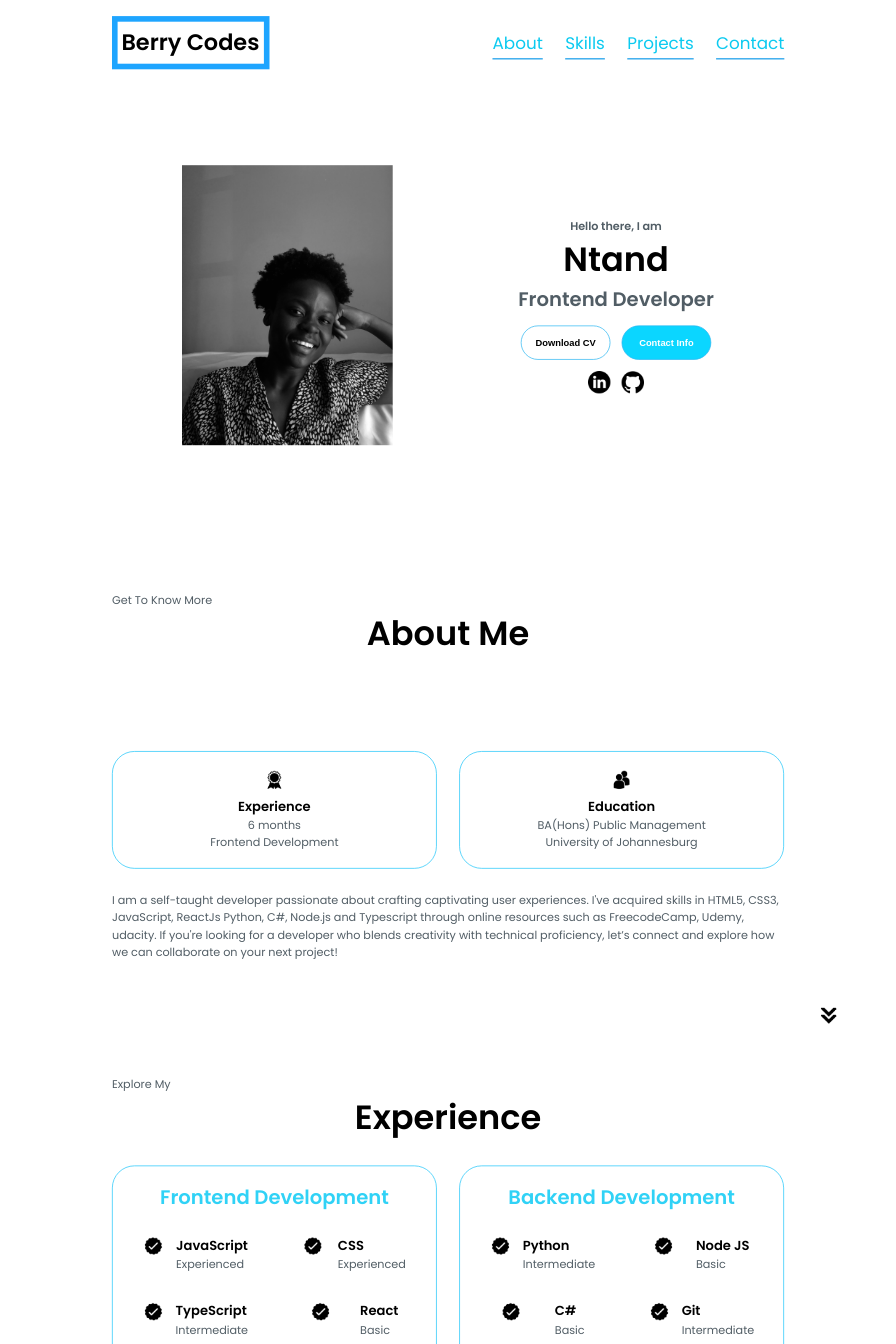
Repository: ntandomagana/FS-Dev-Portfolio
Page: index.html
The author's editor kept a copy of each file at every save. The page is drawn from the files as they stood at one save, then again after the next save.
The browser window is 1280 px wide. The pictures show the part of the page from y = 0 to 1920 px (the page is 3177 px tall before and 3300 px after), at 70% of full size.

Above is the page before, as saved 2024-05-06 11:36:58.

### index.html
<!DOCTYPE html>
<html lang="en">
  <head>
    <meta charset="UTF-8" />
    <meta http-equiv="X-UA-Compatible" content="IE=edge" />
    <meta name="viewport" content="width=device-width, initial-scale=1.0" />
    <title>My Portfolio</title>
    <link rel="stylesheet" href="style.css" />
    <link rel="stylesheet" href="mediaqueries.css" />
  </head>
  <body>
    <nav id="desktop-nav">
      <div class="logo">Berry Codes</div>
      <div>
        <ul class="nav-links">
          <li><a href="#about">About</a></li>
          <li><a href="#experience">Skills</a></li>
          <li><a href="#projects">Projects</a></li>
          <li><a href="#contact">Contact</a></li>
        </ul>
      </div>
    </nav>
    <nav id="hamburger-nav">
      <div class="logo">Coding Berry</div>
      <div class="hamburger-menu">
        <div class="hamburger-icon" onclick="toggleMenu()">
          <span></span>
          <span></span>
          <span></span>
        </div>
        <div class="menu-links">
          <li><a href="#about" onclick="toggleMenu()">About</a></li>
          <li><a href="#experience" onclick="toggleMenu()">Skills</a></li>
          <li><a href="#projects" onclick="toggleMenu()">Projects</a></li>
          <li><a href="#contact" onclick="toggleMenu()">Contact</a></li>
        </div>
      </div>
    </nav>
    <section id="profile">
      <div class="section-pic-container">
        <img src="./assets/bwpp.jpg" alt="profile picture" />
      </div>
      <div class="section-text">
        <p class="section-text-p1">Hello there, I am</p>

        <h1 class="title"><span id="typed-text"></span></h1>

        <p class="section-text-p2">Frontend Developer</p>
        <div class="btn-container">
          <button
            class="btn btn-color-2"
            onclick="window.open('./assets/NP Magana - Web Developer.pdf')"
          >
            Download CV
          </button>
          <button class="btn btn-color-1" onclick="location.href='./#contact'">
            Contact Info
          </button>
        </div>
        <div id="socials-container">
          <img
            src="./assets/linkedin.png"
            alt="My LinkedIn profile"
            class="icon"
            onclick="location.href='https://www.linkedin.com/in/ntandoyenkosi-magana-/'"
          />
          <!--

          <img
            src="./assets/icons8-twitterx-50.png"
            alt="My Twitter profile"
            class="icon"
            onclick="location.href='https://twitter.com/'"
          /> -->
          <img
            src="./assets/github.png"
            alt="My Github profile"
            class="icon"
            onclick="location.href='https://github.com/ntandomagana'"
          />
        </div>
      </div>
    </section>
    <section id="about">
      <p class="section__text__p1">Get To Know More</p>
      <h1 class="title">About Me</h1>
      <div class="section-container">
        <div class="about-details-container">
          <div class="about-containers">
            <div class="details-container">
              <img
                src="./assets/experience.png"
                alt="Experience icon"
                class="icon"
              />
              <h3>Experience</h3>
              <p>6 months <br />Frontend Development</p>
            </div>
            <div class="details-container">
              <img
                src="./assets/education.png"
                alt="Education icon"
                class="icon"
              />
              <h3>Education</h3>
              <p>BA(Hons) Public Management <br />University of Johannesburg</p>
            </div>
          </div>
          <div class="text-container">
            <p>
              I am a self-taught developer passionate about crafting captivating
              user experiences. I've acquired skills in HTML5, CSS3, JavaScript,
              ReactJs Python, C#, Node.js and Typescript through online
              resources such as FreecodeCamp, Udemy, udacity. If you're looking
              for a developer who blends creativity with technical proficiency,
              let’s connect and explore how we can collaborate on your next
              project!
            </p>
          </div>
        </div>
      </div>
      <img
        src="./assets/arrow.png"
        alt="Arrow icon"
        class="icon arrow"
        onclick="location.href='./#experience'"
      />
    </section>
    <section id="experience">
      <p class="section__text__p1">Explore My</p>
      <h1 class="title">Experience</h1>
      <div class="experience-details-container">
        <div class="about-containers">
          <div class="details-container">
            <h2 class="experience-sub-title">Frontend Development</h2>
            <div class="article-container">
              <article>
                <img
                  src="./assets/checkmark.png"
                  alt="Experience icon"
                  class="icon"
                />
                <div>
                  <h3>JavaScript</h3>
                  <p>Experienced</p>
                </div>
              </article>
              <article>
                <img
                  src="./assets/checkmark.png"
                  alt="Experience icon"
                  class="icon"
                />
                <div>
                  <h3>CSS</h3>
                  <p>Experienced</p>
                </div>
              </article>
              <article>
                <img
                  src="./assets/checkmark.png"
                  alt="Experience icon"
                  class="icon"
                />
                <div>
                  <h3>TypeScript</h3>
                  <p>Intermediate</p>
                </div>
              </article>
              <article>
                <img
                  src="./assets/checkmark.png"
                  alt="Experience icon"
                  class="icon"
                />
                <div>
                  <h3>React</h3>
                  <p>Basic</p>
                </div>
              </article>
              <article></article>
            </div>
          </div>
          <div class="details-container">
            <h2 class="experience-sub-title">Backend Development</h2>
            <div class="article-container">
              <article>
                <img
                  src="./assets/checkmark.png"
                  alt="Experience icon"
                  class="icon"
                />
                <div>
                  <h3>Python</h3>
                  <p>Intermediate</p>
                </div>
              </article>
              <article>
                <img
                  src="./assets/checkmark.png"
                  alt="Experience icon"
                  class="icon"
                />
                <div>
                  <h3>Node JS</h3>
                  <p>Basic</p>
                </div>
              </article>
              <article>
                <img
                  src="./assets/checkmark.png"
                  alt="Experience icon"
                  class="icon"
                />
                <div>
                  <h3>C#</h3>
                  <p>Basic</p>
                </div>
              </article>
              <article>
                <img
                  src="./assets/checkmark.png"
                  alt="Experience icon"
                  class="icon"
                />
                <div>
                  <h3>Git</h3>
                  <p>Intermediate</p>
                </div>
              </article>
            </div>
          </div>
        </div>
      </div>
      <img
        src="./assets/arrow.png"
        alt="Arrow icon"
        class="icon arrow"
        onclick="location.href='./#projects'"
      />
    </section>
    <section id="projects">
      <p class="section__text__p1">View My Recent</p>
      <h1 class="title">Projects</h1>
      <div class="experience-details-container">
        <div class="about-containers">
          <div class="details-container color-container">
            <div class="article-container">
              <img
                src="./assets/coming soon.jpg"
                alt="Project 1"
                class="project-img"
              />
            </div>
            <h2 class="experience-sub-title project-title">Project One</h2>
            <div class="btn-container">
              <button
                class="btn btn-color-2 project-btn"
                onclick="location.href='https://github.com/'"
              >
                Github
              </button>
            </div>
          </div>
          <div class="details-container color-container">
            <div class="article-container">
              <img
                src="./assets/coming soon.jpg"
                alt="Project 2"
                class="project-img"
              />
            </div>
            <h2 class="experience-sub-title project-title">Project Two</h2>
            <div class="btn-container">
              <button
                class="btn btn-color-2 project-btn"
                onclick="location.href='https://github.com/'"
              >
                Github
              </button>
            </div>
          </div>
          <div class="details-container color-container">
            <div class="article-container">
              <img
                src="./assets/coming soon.jpg"
                alt="Project 3"
                class="project-img"
              />
            </div>
            <h2 class="experience-sub-title project-title">Project Three</h2>
            <div class="btn-container">
              <button
                class="btn btn-color-2 project-btn"
                onclick="location.href='https://github.com/'"
              >
                Github
              </button>
            </div>
          </div>
        </div>
      </div>
      <img
        src="./assets/arrow.png"
        alt="Arrow icon"
        class="icon arrow"
        onclick="location.href='./#contact'"
      />
    </section>
    <section id="contact">
      <p class="section__text__p1">Get in Touch</p>
      <h1 class="title">Contact Me</h1>
      <div class="contact-info-upper-container">
        <div class="contact-info-container">
          <img
            src="./assets/email.png"
            alt="Email icon"
            class="icon contact-icon email-icon"
          />
          <p>
            <a href="mailto:ntandomagana@gmail.com">ntandomagana@gmail.com</a>
          </p>
        </div>
        <div class="contact-info-container">
          <img
            src="./assets/linkedin.png"
            alt="LinkedIn icon"
            class="icon contact-icon"
          />
          <p><a href="https://www.linkedin.com">LinkedIn</a></p>
        </div>
      </div>
    </section>
    <footer>
      <nav>
        <div class="nav-links-container">
          <ul class="nav-links">
            <li><a href="#about">About</a></li>
            <li><a href="#experience">Skills</a></li>
            <li><a href="#projects">Projects</a></li>
            <li><a href="#contact">Contact</a></li>
          </ul>
        </div>
      </nav>
      <p>Copyright &#169; 2023 Ntando Magana. All Rights Reserved.</p>
    </footer>
    <script src="script.js"></script>
  </body>
</html>

### style.css
@import url("https://fonts.googleapis.com/css2?family=Poppins:wght@300;400;500;600&display=swap");

* {
  margin: 0;
  padding: 0;
}

body {
  font-family: "Poppins", sans-serif;
}

html {
  scroll-behavior: smooth;
}

p {
  color: #515d65;
}

section {
  margin-bottom: 2px;
}

a,
.btn {
  transition: all 300ms ease;
}

nav,
.nav-links {
  display: flex;
}

nav {
  justify-content: space-around;
  align-items: center;
  height: 17vh;
}

.nav-links {
  gap: 2rem;
  list-style-type: none;
  font-size: 1.5rem;
}

a {
  color: rgb(11, 202, 240);
  text-decoration: underline;
  text-underline-offset: 0.8rem;
  text-decoration-color: rgb(51, 169, 237);
}

.logo {
  font-size: 2rem;
}

.logo:hover {
  cursor: default;
}

#hamburger-nav {
  display: none;
}

.hamburger-menu {
  position: relative;
  display: inline-block;
}

.hamburger-icon {
  display: flex;
  flex-direction: column;
  justify-content: space-between;
  height: 24px;
  width: 30px;
  cursor: pointer;
}



.hamburger-icon span {
  width: 100%;
  height: 2px;
  background-color: rgb(9, 255, 255);
  transition: all 0.3 ease-in-out;
}

.menu-links {
  position: absolute;
  top: 100%;
  right: 0;
  background-color: white;
  width: fit-content;
  max-height: 0;
  overflow: hidden;
  transition: all 0.3 ease-in-out;
}

.menu-links a {
  display: block;
  padding: 10px;
  text-align: center;
  font-size: 1.5rem;
  color: rgb(15, 224, 231);
  text-decoration: none;
  transition: all 0.3 ease-in-out;
}

.menu-links li {
  list-style-type: none;
}

.menu-links.open {
  max-height: 300px;
}

.hamburger-icon.open span:first-child {
  transform: rotate(45deg) translate(10px, 5px);
}

.hamburger-icon.open span:nth-child(2) {
  opacity: 0;
}

.hamburger-icon.open span:last-child {
  transform: rotate(-45deg) translate(10px, -5px);
}

.hamburger-icon span:first-child {
  transform: none;
}

.hamburger-icon span:first-child {
  opacity: 1;
}

.hamburger-icon span:first-child {
  transform: none;
}

section {
  padding-top: 4vh;
  height: 96vh;
  margin: 0 10rem;
  box-sizing: border-box;
  min-height: fit-content;
}

.section-container {
  display: flex;
}

#profile {
  display: flex;
  justify-content: center;
  gap: 5rem;
  height: 80vh;
}

.section-pic-container {
  display: flex;
  height: 400px;
  width: 400px;
  margin: auto 0;
}

.section-text {
  align-self: center;
  text-align: center;
}

.section-text p {
  font-weight: 600;
}

.section-text-p1 {
  text-align: center;
}

.section-text-p2 {
  font-size: 1.75rem;
  margin-bottom: 1rem;
}

.title {
  font-size: 3rem;
  text-align: center;
}

#socials-container {
  display: flex;
  justify-content: center;
  margin-top: 1rem;
  gap: 1rem;
}

.icon {
  cursor: pointer;
  height: 2rem;
}

/* BUTTONS */

.btn-container {
  display: flex;
  justify-content: center;
  gap: 1rem;
}

.btn {
  font-weight: 600;
  transition: all 300ms ease;
  padding: 1rem;
  width: 8rem;
  border-radius: 2rem;
}

.btn-color-1,
.btn-color-2 {
  border: rgb(43, 182, 241) 0.1rem solid;
}

.btn-color-1:hover,
.btn-color-2:hover {
  cursor: pointer;
}

.btn-color-1,
.btn-color-2:hover {
  background: rgb(11, 214, 255);
  color: white;
}

.btn-color-1:hover {
  background: rgb(83, 215, 232);
}

.btn-color-2 {
  background: none;
}

.btn-color-2:hover {
  border: rgb(26, 210, 243) 0.2rem solid;
}

.btn-container {
  gap: 1rem;
}

/* ABOUT SECTION */

#about {
  position: relative;
}

.about-containers {
  gap: 2rem;
  margin-bottom: 2rem;
  margin-top: 2rem;
}

.about-details-container {
  justify-content: center;
  flex-direction: column;
}

.about-containers,
.about-details-container {
  display: flex;
}

.arrow {
  position: absolute;
  right: -5rem;
  bottom: 2.5rem;
}

.details-container {
  padding: 1.5rem;
  flex: 1;
  background: white;
  border-radius: 2rem;
  border: rgb(34, 174, 239) 0.1rem solid;
  border-color: rgb(28, 197, 249);
  text-align: center;
}

.section-container {
  gap: 4rem;
  height: 80%;
}

.section__pic-container {
  height: 400px;
  width: 400px;
  margin: auto 0;
}

/* EXPERIENCE SECTION */

#experience {
  position: relative;
}

.experience-sub-title {
  color: rgb(48, 210, 246);
  font-weight: 600;
  font-size: 1.75rem;
  margin-bottom: 2rem;
}

.experience-details-container {
  display: flex;
  justify-content: center;
  flex-direction: column;
}

.article-container {
  display: flex;
  text-align: initial;
  flex-wrap: wrap;
  flex-direction: row;
  gap: 2.5rem;
  justify-content: space-around;
}

article {
  display: flex;
  width: 10rem;
  justify-content: space-around;
  gap: 0.5rem;
}

article .icon {
  cursor: default;
}

/* PROJECTS SECTION */

#projects {
  position: relative;
}

.color-container {
  border-color: rgb(21, 220, 255);
  background: rgb(250, 250, 250);
}

.project-img {
  border-radius: 2rem;
  width: 90%;
  height: 90%;
}

.project-title {
  margin: 1rem;
  color: #00bbf0;
}

.project-btn {
  color: #00bbf0;
  border-color: rgb(18, 217, 252);
}

/* CONTACT */

#contact {
  display: flex;
  justify-content: center;
  flex-direction: column;
  height: 70vh;
}

.contact-info-upper-container {
  display: flex;
  justify-content: center;
  border-radius: 2rem;
  border: rgb(16, 220, 242) 0.1rem solid;
  border-color: rgb(19, 211, 250);
  background: (250, 250, 250);
  margin: 2rem auto;
  padding: 0.5rem;
}

.contact-info-container {
  display: flex;
  align-items: center;
  justify-content: center;
  gap: 0.5rem;
  margin: 1rem;
}

.contact-info-container p {
  font-size: larger;
}

.contact-icon {
  cursor: default;
}

.email-icon {
  height: 2.5rem;
}

footer {
  height: 26vh;
  margin: 0 1rem;
}

footer p {
  text-align: center;
}

/* Add this CSS to your existing style.css or create a new style tag in the head of your HTML */

/* Bold, underline, and bubble effect for the logo */
.logo {
  font-weight: bold;
  text-decoration: wavy;
  display: inline-block;
  position: relative;
  border: 8px solid #1ea5ff; /* Adjust the border thickness and color as needed */
  padding: 6px; /* Adjust the padding as needed */
}

.logo::after {
  content: "";
  position: absolute;
  width: 100%;
  height: 0;
  bottom: 0;
  left: 0;
  opacity: 0;
  border-bottom: 2px solid #fff;
  animation: bubble 0.5s infinite ease-in-out;
}

@keyframes bubble {
  0% {
    height: 0;
    opacity: 0;
  }
  50% {
    height: 100%;
    opacity: 1;
  }
  100% {
    height: 0;
    opacity: 0;
  }
}

### mediaqueries.css
@media screen and (max-width: 1400px) {
    #profile {
        height: 83vh;
        margin-bottom: 6rem;
    }

    .about-containers {
        flex-wrap: wrap;
    }

    #contact,
    #projects {
        height: fit-content;
    }
}

@media screen and (max-width: 1200px) {
    #desktop-nav {
        display: none;
    }

    #hamburger-nav {
        display: flex;
    }

    #experience,
    .experience-details-container {
        margin-top: 2rem;

    }

    #profile,
    .section-container {
        display: block;
    }

    .arrow {
        display: none;
    }

    section,
    .section-container {
        height: fit-content;
    }

    section {
        margin: 0.5%;
    }

    .section-pic-container {
        width: 27spx;
        height: 275px;
        margin: 0 auto 2rem;
    }

    .about-containers {
        margin-top: 0;
    }
}

@media screen and (max-width:600px) {
    #contact,
    footer {
        height: 40vh;
    }

    #profile {
        height: 38vh;
        margin-bottom: 0;
    }

    article {
        font-size: 1rem;
    }

    footer nav {
        height: fit-content;
        margin-bottom: 2rem;
    }
    .about-containers,
    .contact-info-upper-container,
    .btn-container {
    flex-wrap: wrap;
  }

  .contact-info-container {
    margin: 0;
  }

  .contact-info-container p,
  .nav-links li a {
    font-size: 1rem;
  }

  .experience-sub-title {
    font-size: 1.25rem;
  }
  .logo {
    font-size: 1.5rem;
  }
  .nav-links {
    flex-direction: column;
    gap: 0.5rem;
    text-align: center;
  }
  .section__pic-container {
    width: auto;
    height: 46vw;
    justify-content: center;
  }
  .section__text__p2 {
    font-size: 1.25rem;
  }
  .title {
    font-size: 2rem;
  }
  .text-container {
    text-align: justify;
  }
}
}

Loaded but not shown: script.js (38 lines, source omitted)

After the next save:
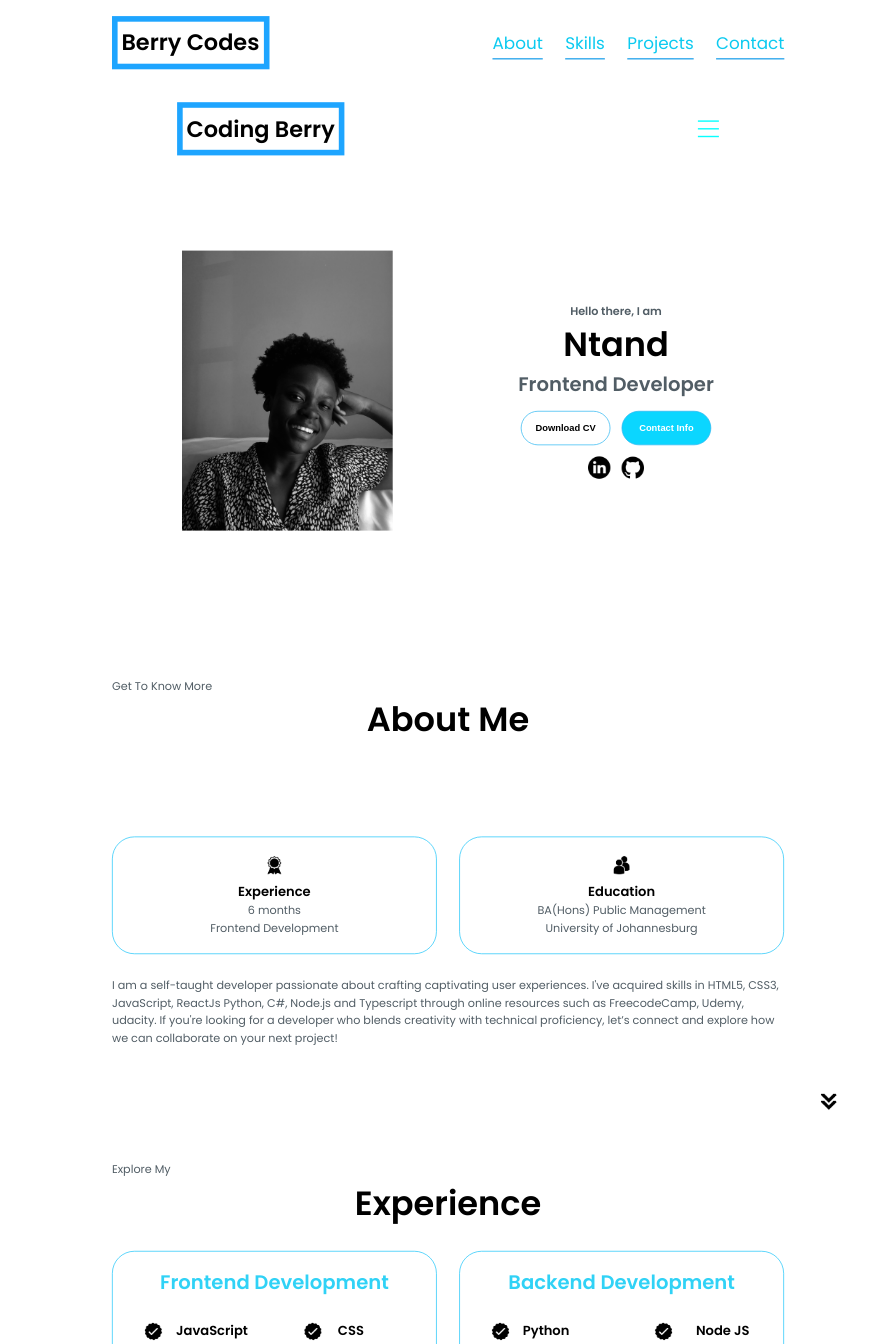
Saved 100 s later.
--- a/style.css
+++ b/style.css
@@ -59,7 +59,7 @@
 }
 
 #hamburger-nav {
-  display: none;
+  display: ;
 }
 
 .hamburger-menu {

After the save that followed:
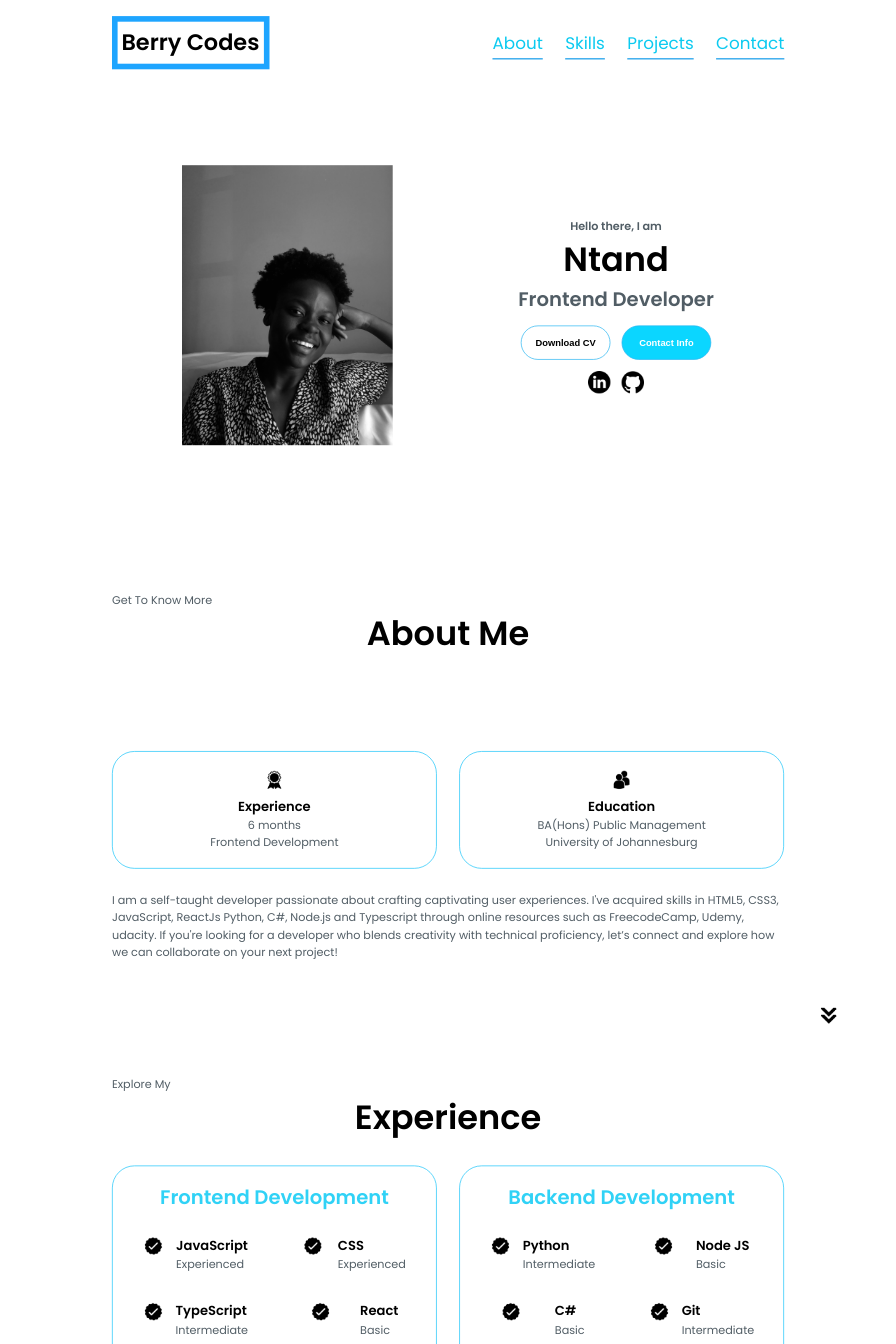
Saved 13 s later.
--- a/style.css
+++ b/style.css
@@ -59,7 +59,7 @@
 }
 
 #hamburger-nav {
-  display: ;
+  display: none;
 }
 
 .hamburger-menu {
